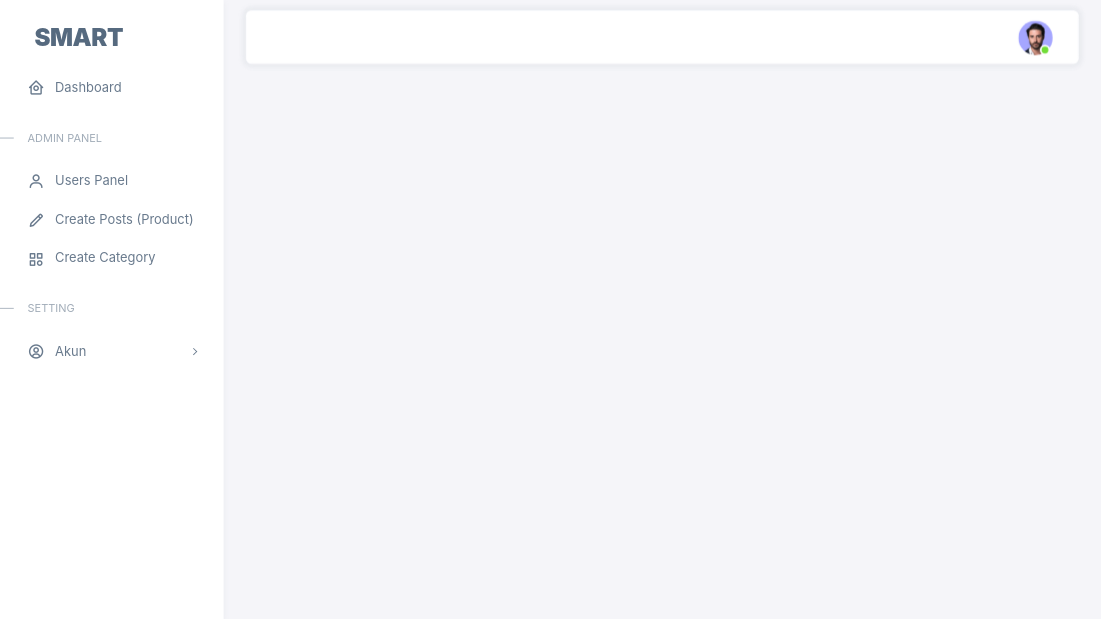
Repository: athalantis/SMart
Page: http://localhost/dashmind.php
An editor plug-in stored every save of this project. The page is shown before and after the next save, followed by the edit.
The browser window is 1280 px wide. The pictures show the whole page, at 86% of full size.
Some web fonts or font styles are not loaded; a fallback is used. The page is run by PHP 8.4 with error messages shown; the project is at /var/www/html/. The session is filled in as if someone had signed in: {"username": "testuser", "name": "Test User", "role": "admin", "user_id": 1}.

Above is the page before, as saved 2025-03-28 09:15:17.

After the next save:
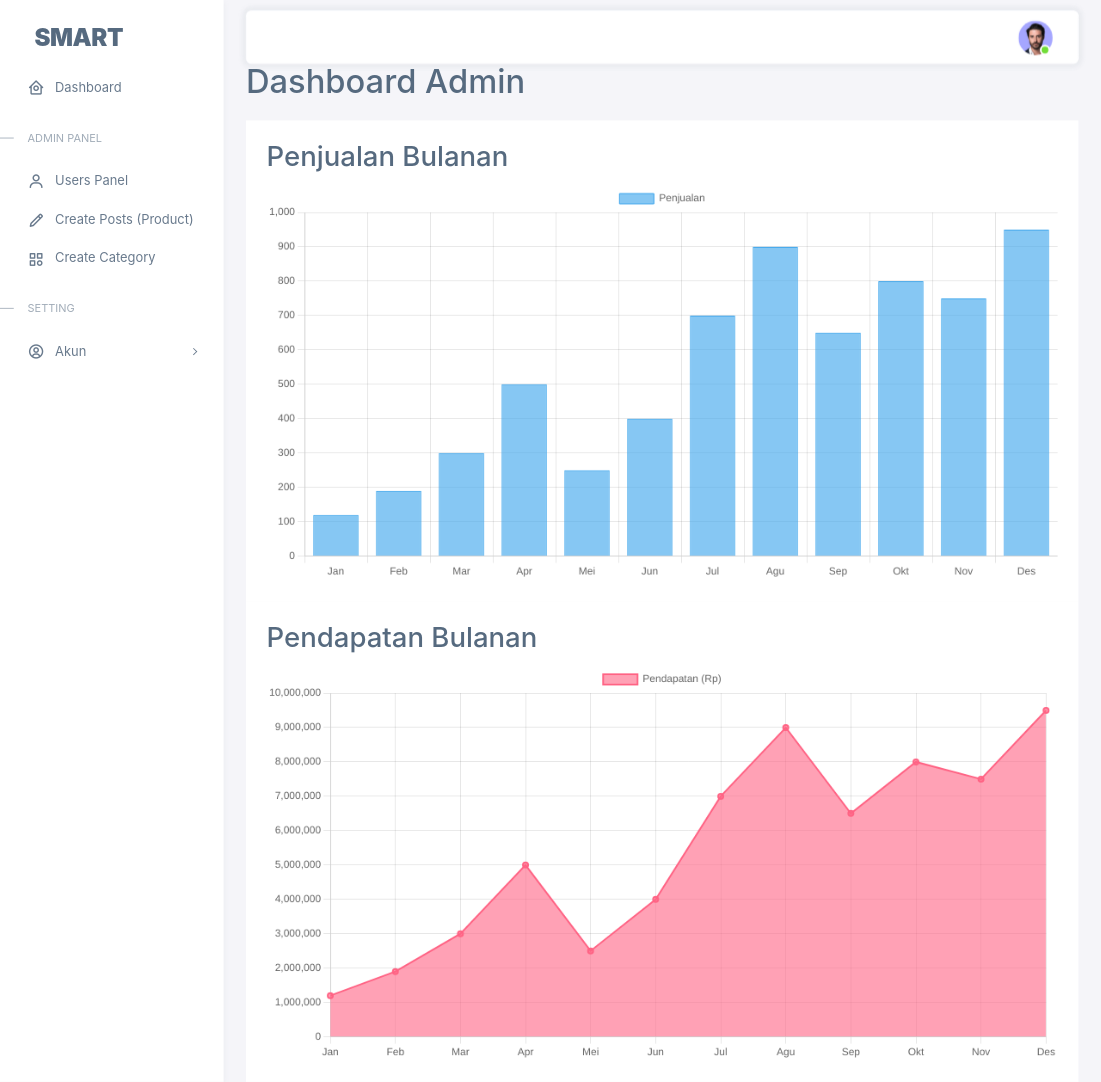
Saved 3 min 5 s later.
--- a/dashmind.php
+++ b/dashmind.php
@@ -1,7 +1,81 @@
 <?php
 include (".includes/header.php");
 $title = "Admin's Dashboard";
-// Menyertakan file untuk menampilkan notifikasi (jika ada)
-//dor
 include '.includes/toast_notification.php';
 ?>
+
+<div class="container mx-auto p-6">
+    <h1 class="text-2xl font-bold mb-4">Dashboard Admin</h1>
+
+    <div class="grid grid-cols-1 md:grid-cols-2 gap-6">
+        <!-- Chart Penjualan Bulanan -->
+        <div class="bg-white shadow-md p-4 rounded-lg">
+            <h2 class="text-lg font-semibold mb-3">Penjualan Bulanan</h2>
+            <canvas id="salesChart"></canvas>
+        </div>
+
+        <!-- Chart Pendapatan -->
+        <div class="bg-white shadow-md p-4 rounded-lg">
+            <h2 class="text-lg font-semibold mb-3">Pendapatan Bulanan</h2>
+            <canvas id="revenueChart"></canvas>
+        </div>
+    </div>
+</div>
+
+<!-- Script Chart.js -->
+<script src="https://cdn.jsdelivr.net/npm/chart.js"></script>
+<script>
+    // Dummy data penjualan
+    const labels = ["Jan", "Feb", "Mar", "Apr", "Mei", "Jun", "Jul", "Agu", "Sep", "Okt", "Nov", "Des"];
+    const salesData = [120, 190, 300, 500, 250, 400, 700, 900, 650, 800, 750, 950];
+    const revenueData = salesData.map(sales => sales * 10000); // Pendapatan (contoh: harga 10.000 per unit)
+
+    // Chart Penjualan Bulanan
+    const ctx1 = document.getElementById('salesChart').getContext('2d');
+    new Chart(ctx1, {
+        type: 'bar',
+        data: {
+            labels: labels,
+            datasets: [{
+                label: 'Penjualan',
+                data: salesData,
+                backgroundColor: 'rgba(54, 162, 235, 0.6)',
+                borderColor: 'rgba(54, 162, 235, 1)',
+                borderWidth: 1
+            }]
+        },
+        options: {
+            responsive: true,
+            scales: {
+                y: {
+                    beginAtZero: true
+                }
+            }
+        }
+    });
+
+    // Chart Pendapatan Bulanan
+    const ctx2 = document.getElementById('revenueChart').getContext('2d');
+    new Chart(ctx2, {
+        type: 'line',
+        data: {
+            labels: labels,
+            datasets: [{
+                label: 'Pendapatan (Rp)',
+                data: revenueData,
+                backgroundColor: 'rgba(255, 99, 132, 0.6)',
+                borderColor: 'rgba(255, 99, 132, 1)',
+                borderWidth: 2,
+                fill: true
+            }]
+        },
+        options: {
+            responsive: true,
+            scales: {
+                y: {
+                    beginAtZero: true
+                }
+            }
+        }
+    });
+</script>
